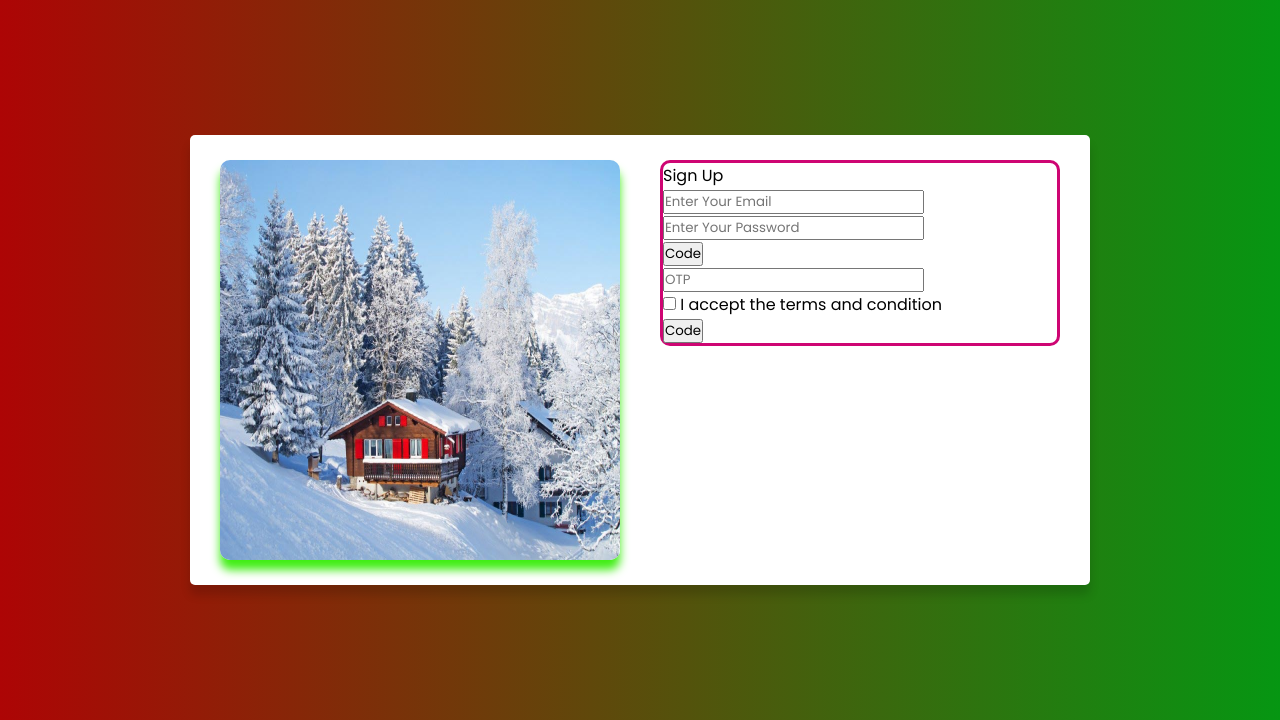
Repository: dev-ashik/Halloween
Page: Reg Page/Index.html
An editor plug-in stored every save of this project. The page is shown before and after the next save, followed by the edit.
The browser window is 1280 px wide. The pictures show the whole page.

Above is the page before, as saved 2021-12-21 21:56:20.

After the next save:
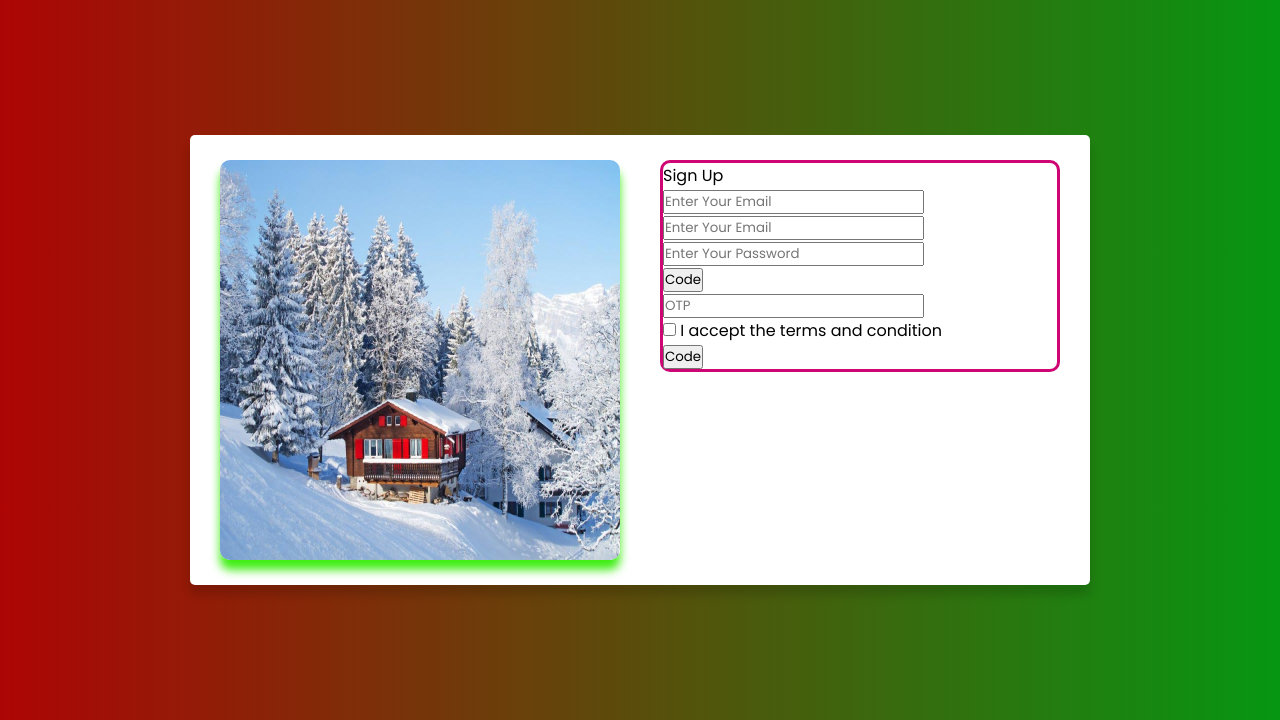
Saved 44 s later.
--- a/Reg Page/Index.html
+++ b/Reg Page/Index.html
@@ -17,6 +17,10 @@
         <div class="form">
             <form action="#">
                 <div class="title">Sign Up</div>
+                <div class="fname">
+                    <input type="text" placeholder="Enter Your Email" id="mail" required>
+                    <div class="underline"></div>
+                </div>
                 <div class="box underline">
                     <input type="text" placeholder="Enter Your Email" id="mail" required>
                     <div class="underline"></div>
